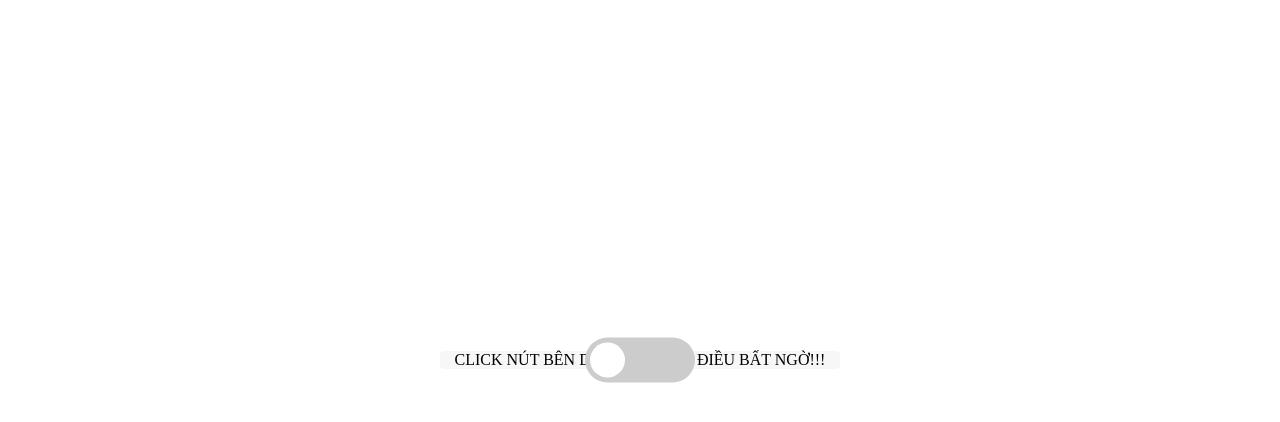
Repository: haokiet2501/troll-my-react
Page: /
An editor plug-in stored every save of this project. The page is shown before and after the next save, followed by the edit.
The browser window is 1280 px wide. The pictures show the whole page.
The project was rebuilt for these pictures with package versions that can differ from the ones it lists, and the page was loaded fresh each time. Also part of the build but not shown: src/components/Todo.jsx.

Above is the page before, as saved 2022-07-30 23:20:05.

### src/index.css
.toggle-center {
  position: absolute;
  top: 50%;
  left: 50%;
  transform: translate(-50%, -50%);
  width: 25rem;
  height: auto;
  border-radius: 0.25rem;
  background-color: #f8f7f7;
}

.toggle-center:hover {
  box-shadow: 0 4px 8px rgba(0, 0, 0, 0.25);
}

.toggle {
  position: absolute;
  top: 50%;
  left: 50%;
  transform: translate(-50%, -50%);
}

.todo-center {
  position: absolute;
  top: 62%;
  left: 50%;
  transform: translate(-50%, -50%);
  z-index: 999;
}

.todo-center img {
  position: relative;
  object-fit: cover;
  width: 75px;
  height: 75px;
  display: flex;
  justify-content: center;
  align-items: center;
}

.toggle-control {
  position: absolute;
  top: 75%;
  left: 50%;
  transform: translate(-50%, -50%);
  display: flex;
  text-transform: uppercase;
}

.toggle {
  width: 100px;
  height: 35px;
  background-color: #ccc;
  padding: 5px;
  border-radius: 100rem;
  cursor: pointer;
}

.toggle.active {
  background-color: #429EBD;
}

.toggle-title {
  position: relative;
  top: 20%;
  text-transform: uppercase;
  display: flex;
  justify-content: center;
  align-items: center;
}

.spinner {
  position: absolute;
  width: 35px;
  height: 35px;
  left: 0;
  margin-left: 5px;
  border-radius: 50%;
  background-color: #fff;
  transition: 0.3s linear;
}

.spinner.active {
  transform: translateX(65px);
  transition: 0.3s linear;
}

.toggle-on {
  margin-right: 0.5rem;
}

h3 {
  color: #333;
}

p {
  color: rgb(82, 81, 81);
  display: flex;
  justify-content: center;
  align-items: center;
}

### src/App.js
import Toggle from "./components/Toggle";

function App() {
  return (
    <>
      <Toggle />
    </>
  );
}

export default App;

### src/components/Toggle.jsx
import { useState } from "react"
import Todo from "./Todo";

const Toggle = () => {
    const [on, setOn] = useState(false);

    const handleClick = () => {
        setOn((on) => !on);
    }

    return (
        <>
            {on && <Todo />}
            <div className="toggle-center" onClick={handleClick}>
                <div className="toggle-title">Click nút bên dưới để thấy điều bất ngờ!!!</div>
                <div className={`toggle ${on ? 'active' : ''}`}>
                    <div className={`spinner ${on ? 'active' : ''}`}></div>
                </div>
            </div>
        </>
    )
}

export default Toggle

Loaded but not shown: public/index.html (common file); src/index.js (common file); src/reportWebVitals.js (common file)

After the next save:
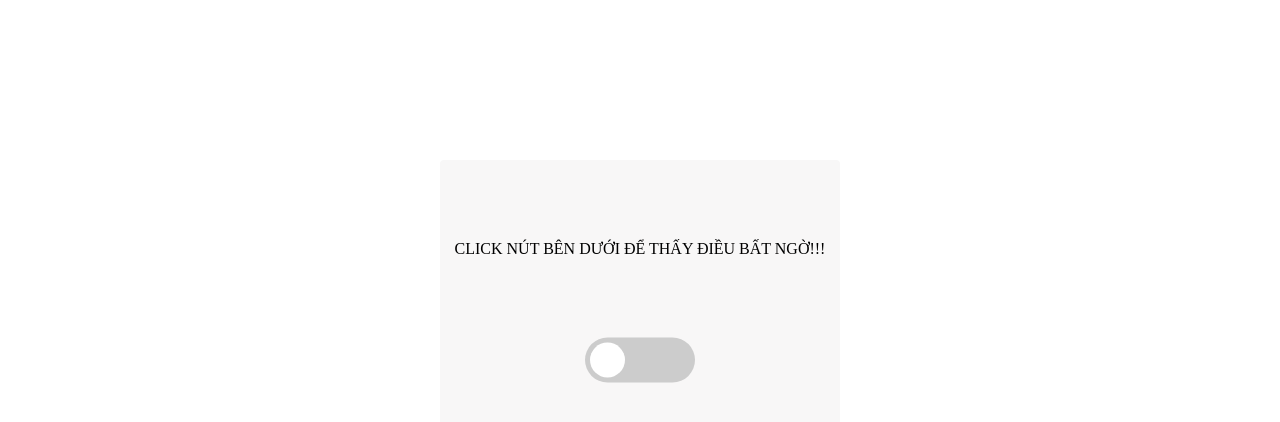
Saved 7 s later.
--- a/src/index.css
+++ b/src/index.css
@@ -4,7 +4,7 @@
   left: 50%;
   transform: translate(-50%, -50%);
   width: 25rem;
-  height: auto;
+  height: 25rem;
   border-radius: 0.25rem;
   background-color: #f8f7f7;
 }
